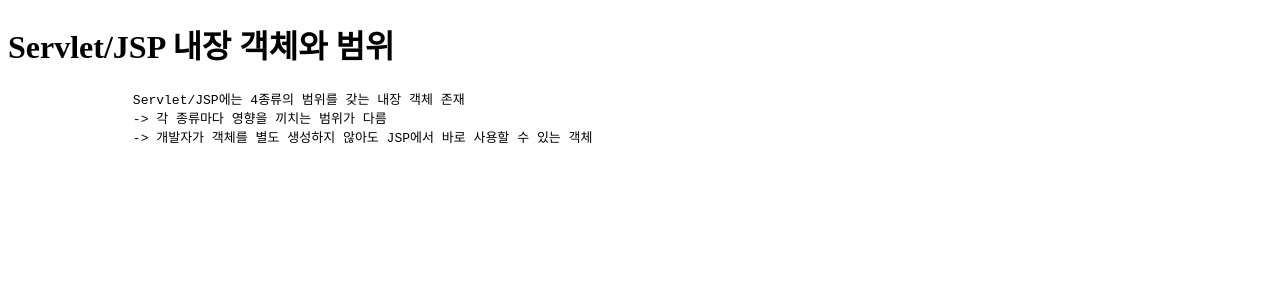
Repository: seungjoo1217/05_Server
Page: http://localhost/JSPProject2/WEB-INF/views/scope/scope.jsp
These files come from the project's save history. The page is drawn as it stood at one moment and after the next save; the edit follows.
The browser window is 1280 px wide. The pictures show the whole page.
The page is served by Tomcat 10. Nobody is signed in. Other server files are loaded and not shown. The template is opened directly, without the code that normally fills it, so the values that code supplies are empty.

Above is the page before, as saved 2024-03-22 05:42:39.

### JSPProject2/src/main/webapp/WEB-INF/views/scope/scope.jsp
<%@ page language="java" contentType="text/html; charset=UTF-8"
    pageEncoding="UTF-8"%>
<!DOCTYPE html>
<html>
<head>
<meta charset="UTF-8">
<title>Servlet/JSP 내장 객체와 범위</title>
</head>
<body>
	<h1>Servlet/JSP 내장 객체와 범위</h1>

	<pre>
		Servlet/JSP에는 4종류의 범위를 갖는 내장 객체 존재
		-> 각 종류마다 영향을 끼치는 범위가 다름
		-> 개발자가 객체를 별도 생성하지 않아도 JSP에서 바로 사용할 수 있는 객체


	</pre>
</body>
</html>

After the next save:
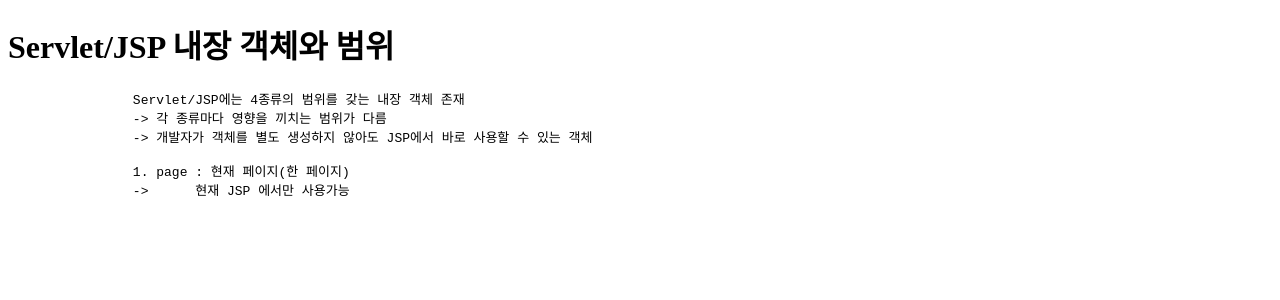
Saved 77 s later.
--- a/JSPProject2/src/main/webapp/WEB-INF/views/scope/scope.jsp
+++ b/JSPProject2/src/main/webapp/WEB-INF/views/scope/scope.jsp
@@ -14,7 +14,8 @@
 		-> 각 종류마다 영향을 끼치는 범위가 다름
 		-> 개발자가 객체를 별도 생성하지 않아도 JSP에서 바로 사용할 수 있는 객체
 
-
+		1. page : 현재 페이지(한 페이지)
+		->	현재 JSP 에서만 사용가능
 	</pre>
 </body>
 </html>
